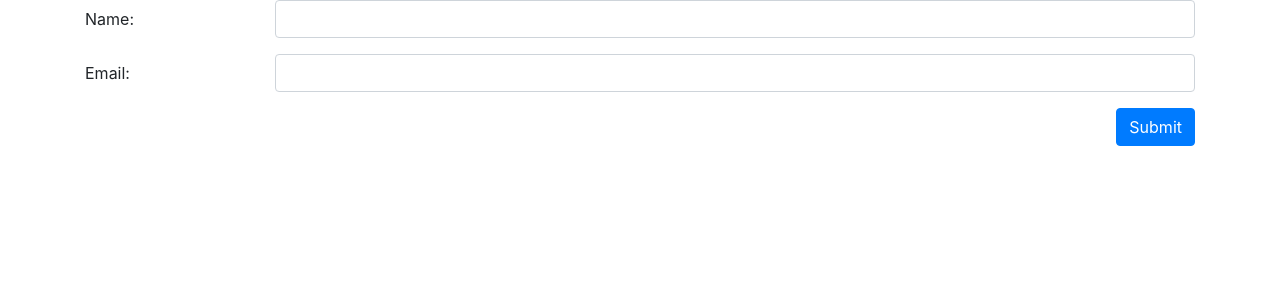
Repository: roistyx/ask-ChatGBT-travel-recommendations
Page: Backend/src/views/main.html
The author's editor kept a copy of each file at every save. The page is drawn from the files as they stood at one save, then again after the next save.
The browser window is 1280 px wide. The pictures show the whole page.

Above is the page before, as saved 2023-03-20 11:20:13.

After the next save:
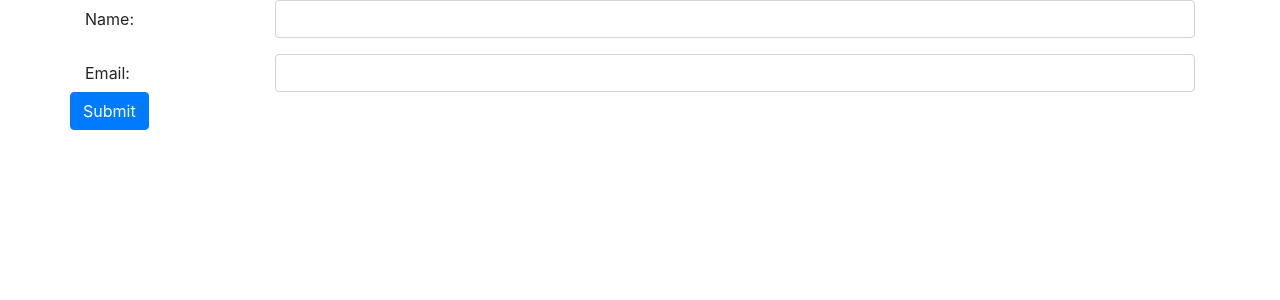
Saved 19 s later.
--- a/Backend/src/views/main.html
+++ b/Backend/src/views/main.html
@@ -20,10 +20,11 @@
                 <div class="col-sm-10">
                     <input type="email" class="form-control" id="email-input">
                 </div>
+                <button type="submit" class="btn btn-primary float-right">Submit</button>
             </div>
             <div class="form-group row">
                 <div class="col-sm-10 offset-sm-2">
-                    <button type="submit" class="btn btn-primary float-right">Submit</button>
+
                 </div>
             </div>
         </form>
